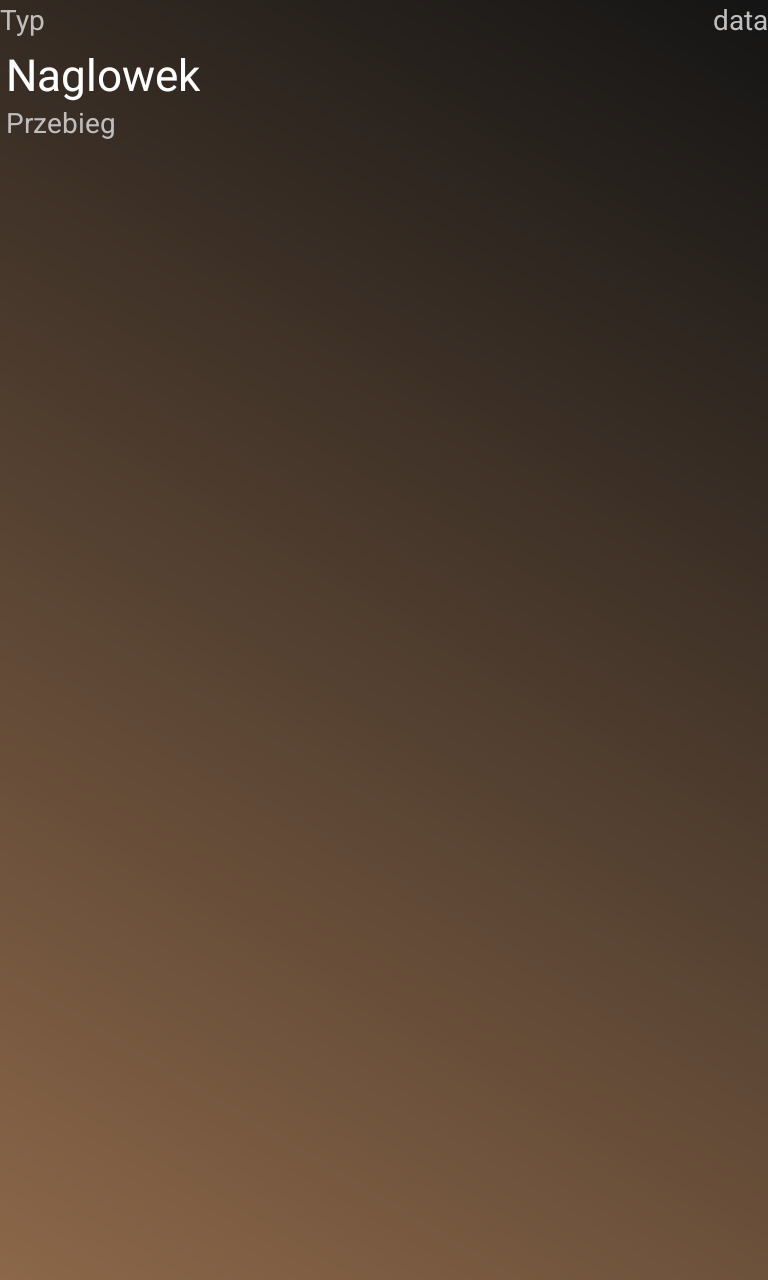
Repository: yoszka/test
Layout: Car_servActivity/res/layout/list_item.xml
These files come from the project's save history. The layout is drawn as it stood at one moment and after the next save; the edit follows.
It is drawn on a 768 x 1280 px phone screen (xhdpi) without system bars, with theme android:Theme; the app's code is not run.

Above is the layout before, as saved 2012-09-06 20:42:44.

After the next save:
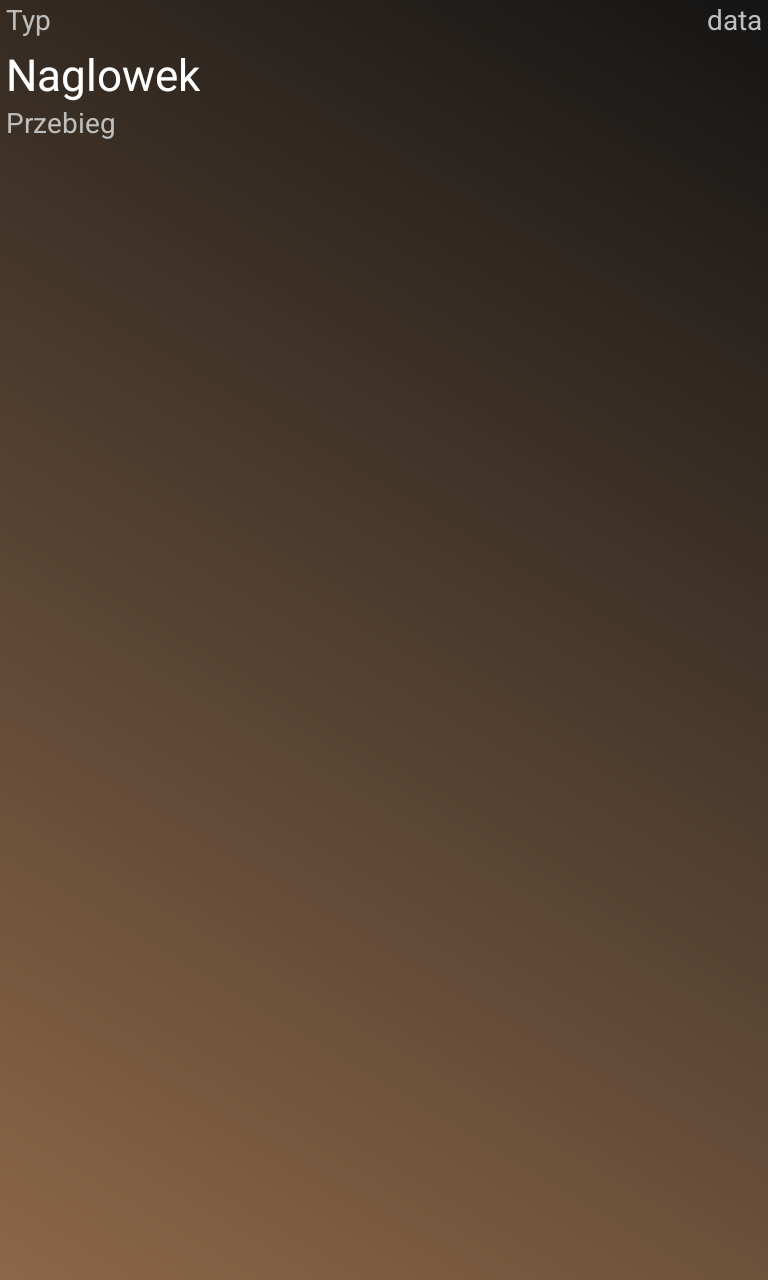
Saved 66 s later.
--- a/Car_servActivity/res/layout/list_item.xml
+++ b/Car_servActivity/res/layout/list_item.xml
@@ -6,10 +6,15 @@
     android:orientation="vertical"
     android:background="@drawable/ramka">
 
-<LinearLayout xmlns:android="http://schemas.android.com/apk/res/android"
+
+
+<LinearLayout
+    xmlns:android="http://schemas.android.com/apk/res/android"
     android:layout_width="match_parent"
     android:layout_height="wrap_content"
-    android:orientation="horizontal">
+    android:orientation="horizontal"
+    android:paddingLeft="3dp"
+    android:paddingRight="3dp" >
 
 
         <TextView
